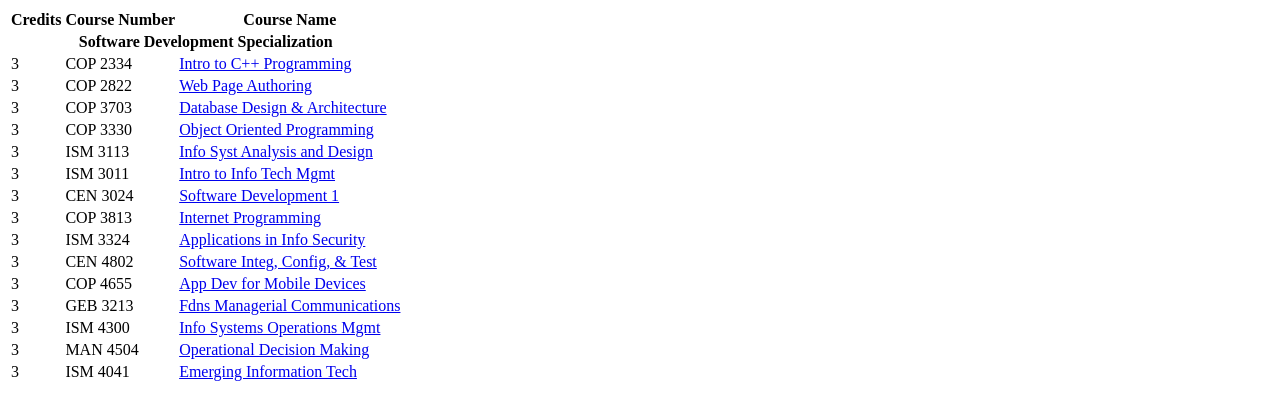
Repository: mlmEFSC21/P5-DegreeTableStyling
Page: FormattedProgramSpecialization2.html
An editor plug-in stored every save of this project. The page is shown before and after the next save, followed by the edit.
The browser window is 1280 px wide. The pictures show the whole page.
Some web fonts or font styles are not loaded; a fallback is used.

Above is the page before, as saved 2022-02-07 16:02:38.

### FormattedProgramSpecialization2.html
<!DOCTYPE html>
<html lang="en">
    <head>
        <meta charset="UTF-8" />
        <meta http-equiv="X-UA-Compatible" content="IE=edge" />
        <meta name="viewport" content="width=device-width, initial-scale=1.0" />
        <link rel="preconnect" href="https://fonts.googleapis.com" />
        <link rel="preconnect" href="https://fonts.gstatic.com" crossorigin />
        <link
            href="https://fonts.googleapis.com/css2?family=Spectral:wght@300&display=swap"
            rel="stylesheet"
        />
        <title>Degree Specialization Table</title>
    </head>
    <body>
        <table>
            <tr class="tableTitle">
                <th colspan="3">Software Development Specialization</th>
            </tr>
            <thead>
                <tr class="colTitles">
                    <th>Credits</th>
                    <th>Course Number</th>
                    <th>Course Name</th>
                </tr>
            </thead>
            <tbody>
                <tr>
                    <td>3</td>
                    <td>COP 2334</td>
                    <td>
                        <a
                            href="https://bannerweb.easternflorida.edu/prod/bwckctlg.p_disp_course_detail?cat_term_in=202210&subj_code_in=COP&crse_numb_in=2334"
                            >Intro to C++ Programming</a
                        >
                    </td>
                </tr>
                <tr>
                    <td>3</td>
                    <td>COP 2822</td>
                    <td>
                        <a
                            href="https://bannerweb.easternflorida.edu/prod/bwckctlg.p_disp_course_detail?cat_term_in=202210&subj_code_in=COP&crse_numb_in=2822"
                            >Web Page Authoring</a
                        >
                    </td>
                </tr>
                <tr>
                    <td>3</td>
                    <td>COP 3703</td>
                    <td>
                        <a
                            href="https://bannerweb.easternflorida.edu/prod/bwckctlg.p_disp_course_detail?cat_term_in=202210&subj_code_in=COP&crse_numb_in=3703"
                            >Database Design & Architecture</a
                        >
                    </td>
                </tr>
                <tr>
                    <td>3</td>
                    <td>COP 3330</td>
                    <td>
                        <a
                            href="https://bannerweb.easternflorida.edu/prod/bwckctlg.p_disp_course_detail?cat_term_in=202210&subj_code_in=COP&crse_numb_in=3330"
                            >Object Oriented Programming</a
                        >
                    </td>
                </tr>
                <tr>
                    <td>3</td>
                    <td>ISM 3113</td>
                    <td>
                        <a
                            href="https://bannerweb.easternflorida.edu/prod/bwckctlg.p_disp_course_detail?cat_term_in=202210&subj_code_in=ISM&crse_numb_in=3113"
                            >Info Syst Analysis and Design</a
                        >
                    </td>
                </tr>
                <tr>
                    <td>3</td>
                    <td>ISM 3011</td>
                    <td>
                        <a
                            href="https://bannerweb.easternflorida.edu/prod/bwckctlg.p_disp_course_detail?cat_term_in=202210&subj_code_in=ISM&crse_numb_in=3011"
                            >Intro to Info Tech Mgmt</a
                        >
                    </td>
                </tr>
                <tr>
                    <td>3</td>
                    <td>CEN 3024</td>
                    <td>
                        <a
                            href="https://bannerweb.easternflorida.edu/prod/bwckctlg.p_disp_course_detail?cat_term_in=202210&subj_code_in=CEN&crse_numb_in=3024"
                            >Software Development 1</a
                        >
                    </td>
                </tr>
                <tr>
                    <td>3</td>
                    <td>COP 3813</td>
                    <td>
                        <a
                            href="https://bannerweb.easternflorida.edu/prod/bwckctlg.p_disp_course_detail?cat_term_in=202210&subj_code_in=COP&crse_numb_in=3813"
                            >Internet Programming</a
                        >
                    </td>
                </tr>
                <tr>
                    <td>3</td>
                    <td>ISM 3324</td>
                    <td>
                        <a
                            href="https://bannerweb.easternflorida.edu/prod/bwckctlg.p_disp_course_detail?cat_term_in=202210&subj_code_in=ISM&crse_numb_in=3324"
                            >Applications in Info Security</a
                        >
                    </td>
                </tr>
                <tr>
                    <td>3</td>
                    <td>CEN 4802</td>
                    <td>
                        <a
                            href="https://bannerweb.easternflorida.edu/prod/bwckctlg.p_disp_course_detail?cat_term_in=202210&subj_code_in=CEN&crse_numb_in=4802"
                            >Software Integ, Config, & Test</a
                        >
                    </td>
                </tr>
                <tr>
                    <td>3</td>
                    <td>COP 4655</td>
                    <td>
                        <a
                            href="https://bannerweb.easternflorida.edu/prod/bwckctlg.p_disp_course_detail?cat_term_in=202210&subj_code_in=COP&crse_numb_in=4655"
                            >App Dev for Mobile Devices</a
                        >
                    </td>
                </tr>
                <tr>
                    <td>3</td>
                    <td>GEB 3213</td>
                    <td>
                        <a
                            href="https://bannerweb.easternflorida.edu/prod/bwckctlg.p_disp_course_detail?cat_term_in=202210&subj_code_in=GEB&crse_numb_in=3213"
                            >Fdns Managerial Communications</a
                        >
                    </td>
                </tr>
                <tr>
                    <td>3</td>
                    <td>ISM 4300</td>
                    <td>
                        <a
                            href="https://bannerweb.easternflorida.edu/prod/bwckctlg.p_disp_course_detail?cat_term_in=202210&subj_code_in=ISM&crse_numb_in=4300"
                            >Info Systems Operations Mgmt</a
                        >
                    </td>
                </tr>
                <tr>
                    <td>3</td>
                    <td>MAN 4504</td>
                    <td>
                        <a
                            href="https://bannerweb.easternflorida.edu/prod/bwckctlg.p_disp_course_detail?cat_term_in=202210&subj_code_in=MAN&crse_numb_in=4504"
                            >Operational Decision Making</a
                        >
                    </td>
                </tr>
                <tr>
                    <td>3</td>
                    <td>ISM 4041</td>
                    <td>
                        <a
                            href="https://bannerweb.easternflorida.edu/prod/bwckctlg.p_disp_course_detail?cat_term_in=202210&subj_code_in=ISM&crse_numb_in=4041"
                            >Emerging Information Tech</a
                        >
                    </td>
                </tr>
            </tbody>
        </table>
    </body>
</html>

After the next save:
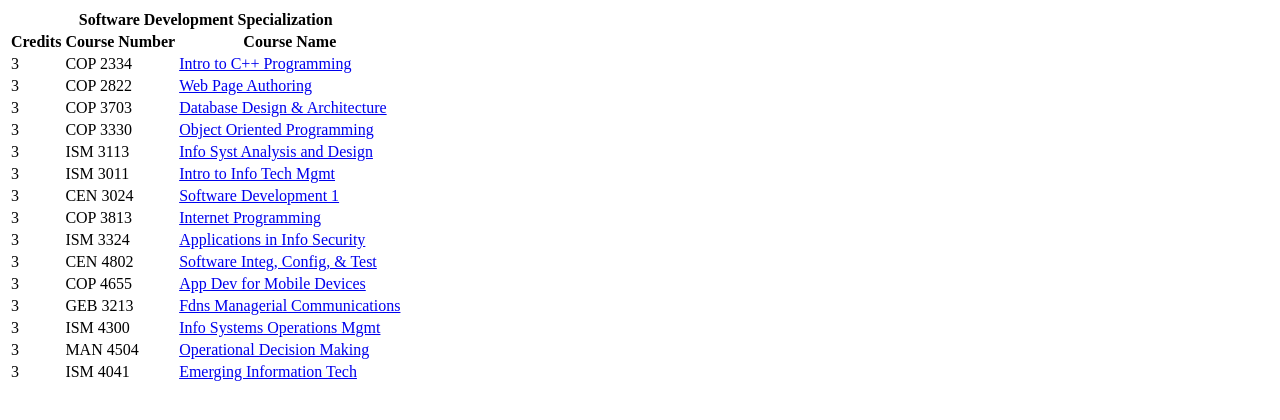
Saved 11 s later.
--- a/FormattedProgramSpecialization2.html
+++ b/FormattedProgramSpecialization2.html
@@ -14,10 +14,10 @@
     </head>
     <body>
         <table>
-            <tr class="tableTitle">
-                <th colspan="3">Software Development Specialization</th>
-            </tr>
             <thead>
+                <tr>
+                    <th colspan="3">Software Development Specialization</th>
+                </tr>
                 <tr class="colTitles">
                     <th>Credits</th>
                     <th>Course Number</th>
